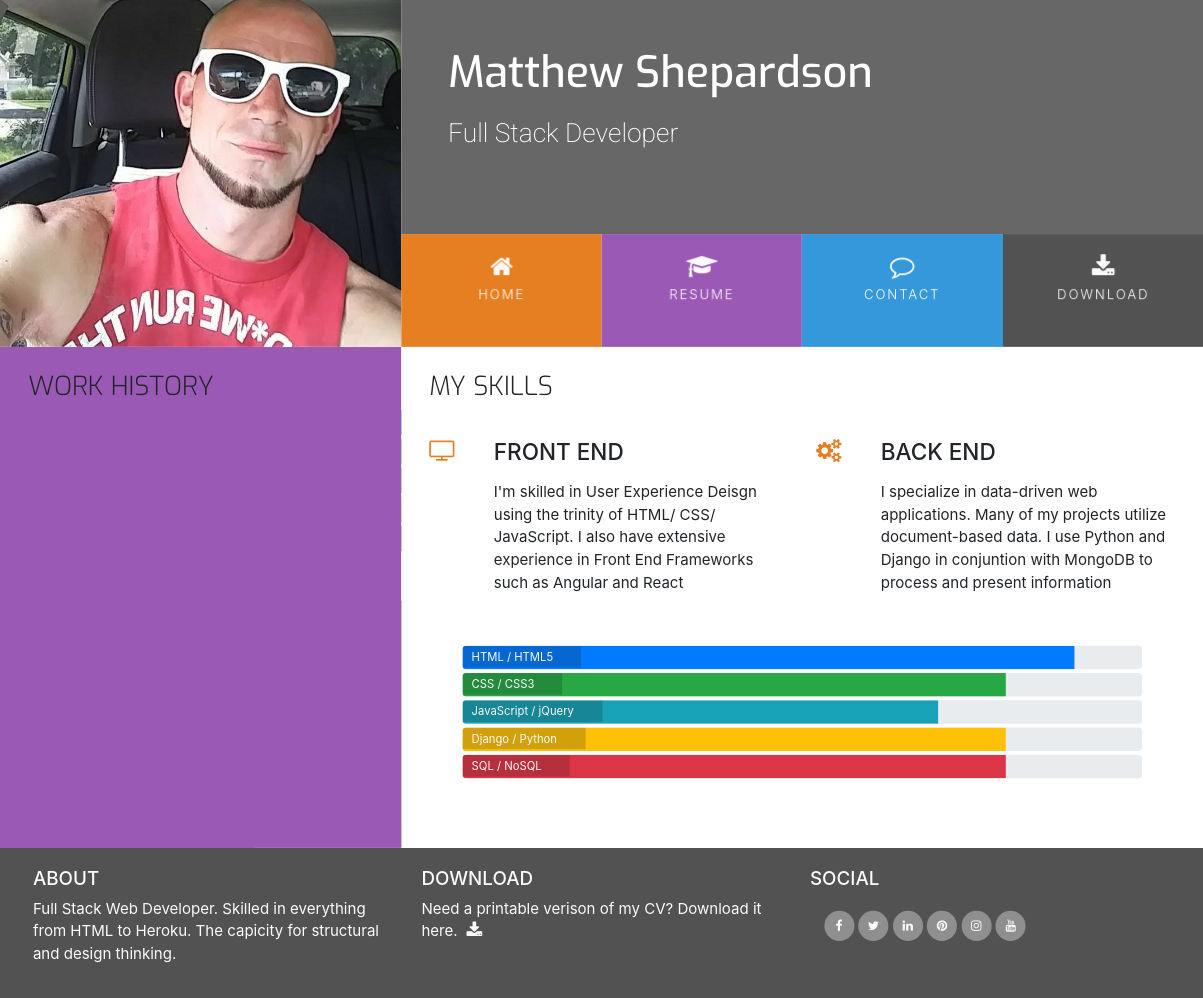
Repository: mshep6517/resume-project
Page: resume.html
The author's editor kept a record of every edit. The page is drawn from the files as they stood at one moment, then again after the next edit.
The browser window is 1280 px wide. The pictures show the whole page, at 94% of full size.
Some web libraries are served in a nearby version.

Above is the page before.

After the next edit:
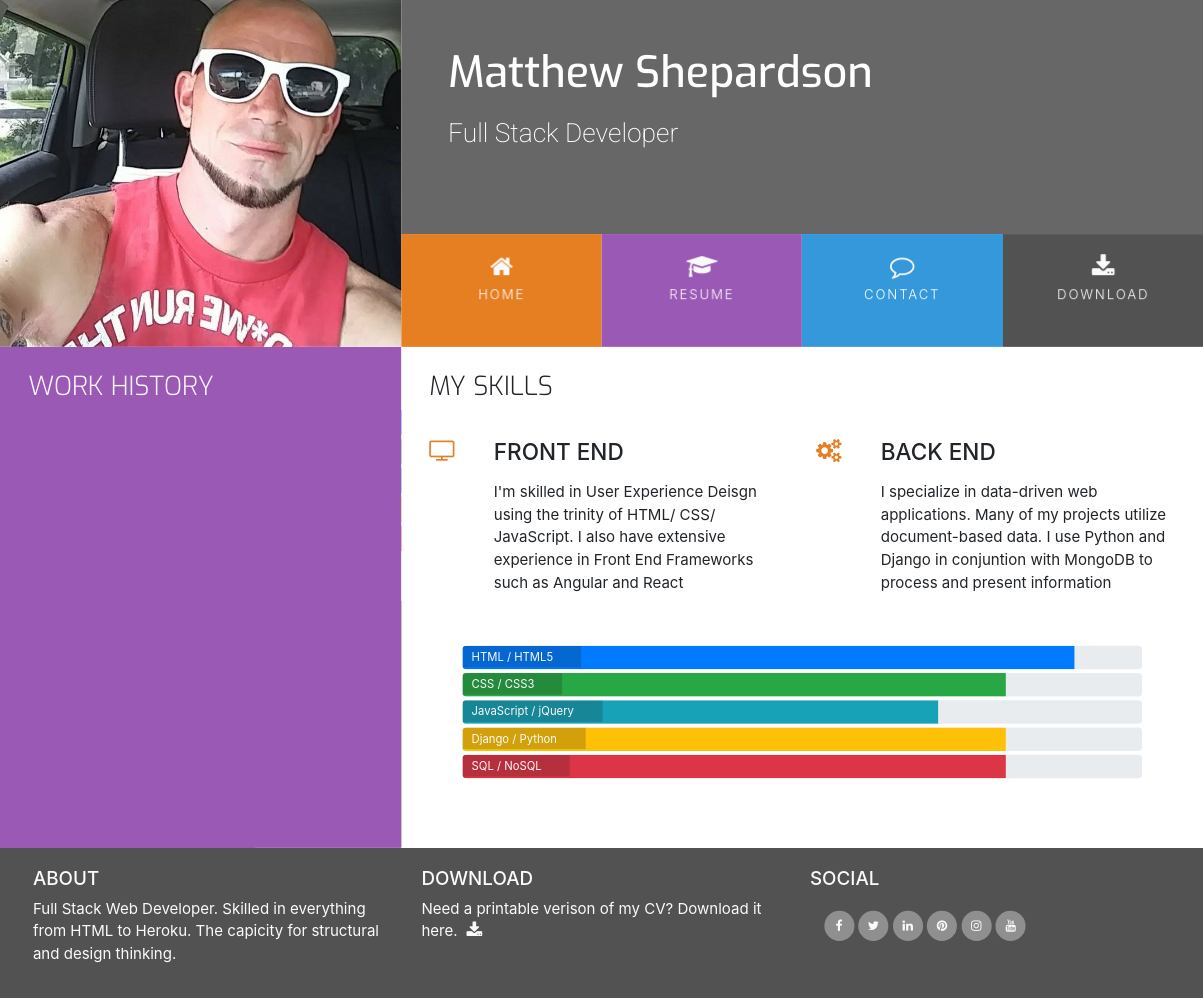
The edit:
--- a/resume.html
+++ b/resume.html
@@ -49,7 +49,7 @@
             <div class="col-md-4 bg-color-work-history section-column">
                 <div class="row">
                     <div class="col-12">
-                        <h3 class="section-heading uppercase">
+                        <h3 class="history-heading uppercase">
                             Work History
                         </h3>
                     </div>
